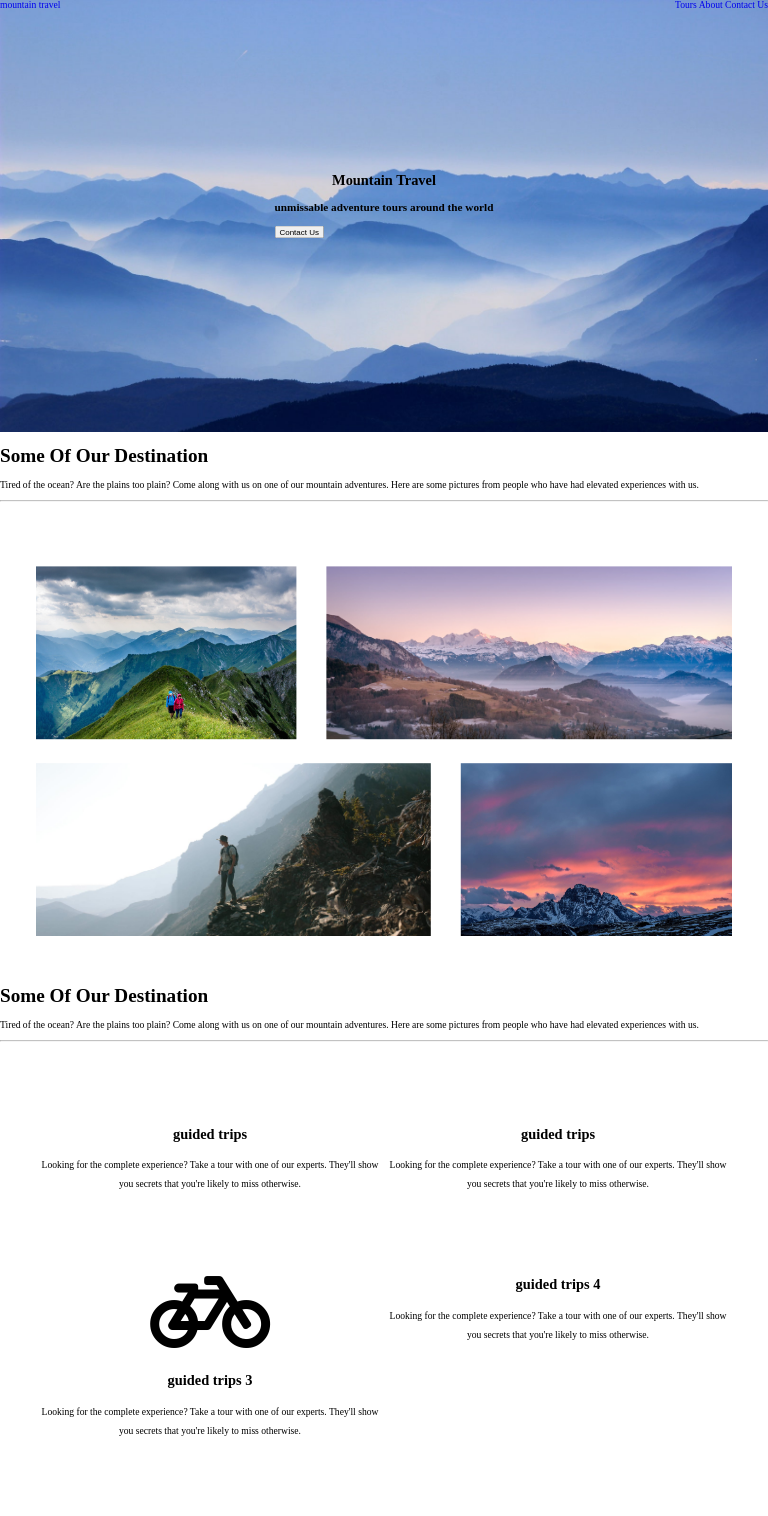
Repository: Einsteiniumeinsteinian/Advanced-CSS
Page: css-project-starter-code/index.html
These files come from the project's save history. The page is drawn as it stood at one moment and after a run of saves; the edit follows.
The browser window is 1280 px wide. The pictures show the whole page, at 60% of full size.
Some web libraries are served in a nearby version.

Above is the page before, as saved 2021-08-15 19:37:41.

### css-project-starter-code/index.html
<!DOCTYPE html>
<html>

<head>
  <meta charset="utf-8">
  <meta name="viewport" content="width=device-width, initial-scale=1">
  <title>Mountain Travel</title>
  <link rel="stylesheet" href="https://use.fontawesome.com/releases/v5.0.7/css/all.css">
  <link href="https://fonts.googleapis.com/css?family=Open+Sans" rel="stylesheet">
  <link href="https://fonts.googleapis.com/css?family=Quicksand" rel="stylesheet">
  <link rel="stylesheet" href="assets/css/styles.css">
</head>

<body>
  <!-- Forked from a template on Tutorialzine: https://tutorialzine.com/2016/06/freebie-landing-page-template-with-flexbox -->
  <header>
    <nav>
      <a href="#"> mountain travel</a>
      <span class="nav-span">
        <a href="#"> Tours</a>
        <a href="#"> About</a>
        <a href="#"> Contact Us</a>
      </span>
    </nav>
    <div class="top-container">
      <div class="header-text-wrapping">
        <h2>Mountain Travel</h2>
        <h3>unmissable adventure tours around the world</h3>
        <button>Contact Us</button>
      </div>

    </div>
  </header>
  <div>
    <h1>
      Some Of Our Destination
    </h1>
    <p>
      Tired of the ocean? Are the plains too plain? Come along with us on one of our mountain adventures. Here are some
      pictures from people who have had elevated experiences with us.
    </p>
    <hr>
  </div>

  <section class="photo-section">
    <div class="photo-set-div">
      <img class="img" src="assets/img/mountain1.jpg" alt="">
      <img class="img img-2" src="assets/img/mountain2.jpg" alt="">
    </div>
    <div class="photo-set-div">
      <img class="img img-3" src="assets/img/mountain3.jpg" alt="">
      <img class="img" src="assets/img/mountain4.jpg" alt="">
    </div>
  </section>

  <div>
    <h1>
      Some Of Our Destination
    </h1>
    <p>
      Tired of the ocean? Are the plains too plain? Come along with us on one of our mountain adventures. Here are some
      pictures from people who have had elevated experiences with us.
    </p>
    <hr>
  </div>
  <section class="package-section">
    <div class="package-set">
      <div class="package">
        <h1>
          guided trips
        </h1>
        <p>Looking for the complete experience? Take a tour with one of our experts. They'll show you secrets that you're likely to
        miss otherwise.</p>
      </div>
        <div class="package">
          <h1>
            guided trips
          </h1>
          <p>Looking for the complete experience? Take a tour with one of our experts. They'll show you secrets that you're
            likely to
            miss otherwise.</p>
        </div>
    </div>
      <div class="package-set">
        <div class="package">
          <i class="fas fa-bicycle"></i>
          <h1>
            guided trips 3
          </h1>
          <p>Looking for the complete experience? Take a tour with one of our experts. They'll show you secrets that you're
            likely to
            miss otherwise.</p>
        </div>
          <div class="package">
            <h1>
              guided trips 4
            </h1>
            <p>Looking for the complete experience? Take a tour with one of our experts. They'll show you secrets that you're
              likely to
              miss otherwise.</p>
          </div>
      </div>
  </section>
</body>

</html>

### css-project-starter-code/assets/css/styles.css
body{
    margin: 0;
    /* font-family: ; */
}
header{
  /* display: flex; */
  background-image: url('../img/main.jpg');
  background-repeat: no-repeat;
background-size: cover;
    min-height: 100vh;
}
nav{
    display: flex;
    justify-content: space-between;
    min-height: 30vh;
}
.top-container{
    margin-top: 10vh;
    display: flex;
    flex-direction: column;
    justify-content: center;
    align-items: center;
}
h2{
    margin-top: 0;
   text-align: center;
}
a{
    text-decoration: none;
}

/** Photo Section */
.photo-section{
    padding: 60px;
    display: flex;
    flex-direction: column;
}
.photo-set-div{
    margin-top: 40px;
    flex-grow: 1;
    display: flex;
    height: 40vh;
    flex-basis: 100px;
}

.img{
    min-width: 0;
flex-basis: 400px;
flex-grow: 1;
  object-fit: cover;
}
.img-2{
    margin-left: 50px;
    flex-grow: 8;
}
.img-3{
    margin-right: 50px;
    flex-grow: 5;
}

/** Packages */
.package-section{
    padding: 60px;
}
.package-set{
    display: flex;
}
.package{
    text-align: center;
    line-height: 2em;
    margin-top: 50px;
    margin-bottom: 50px;
}
i{
    font-size: 10em;
}

After the next 2 saves:
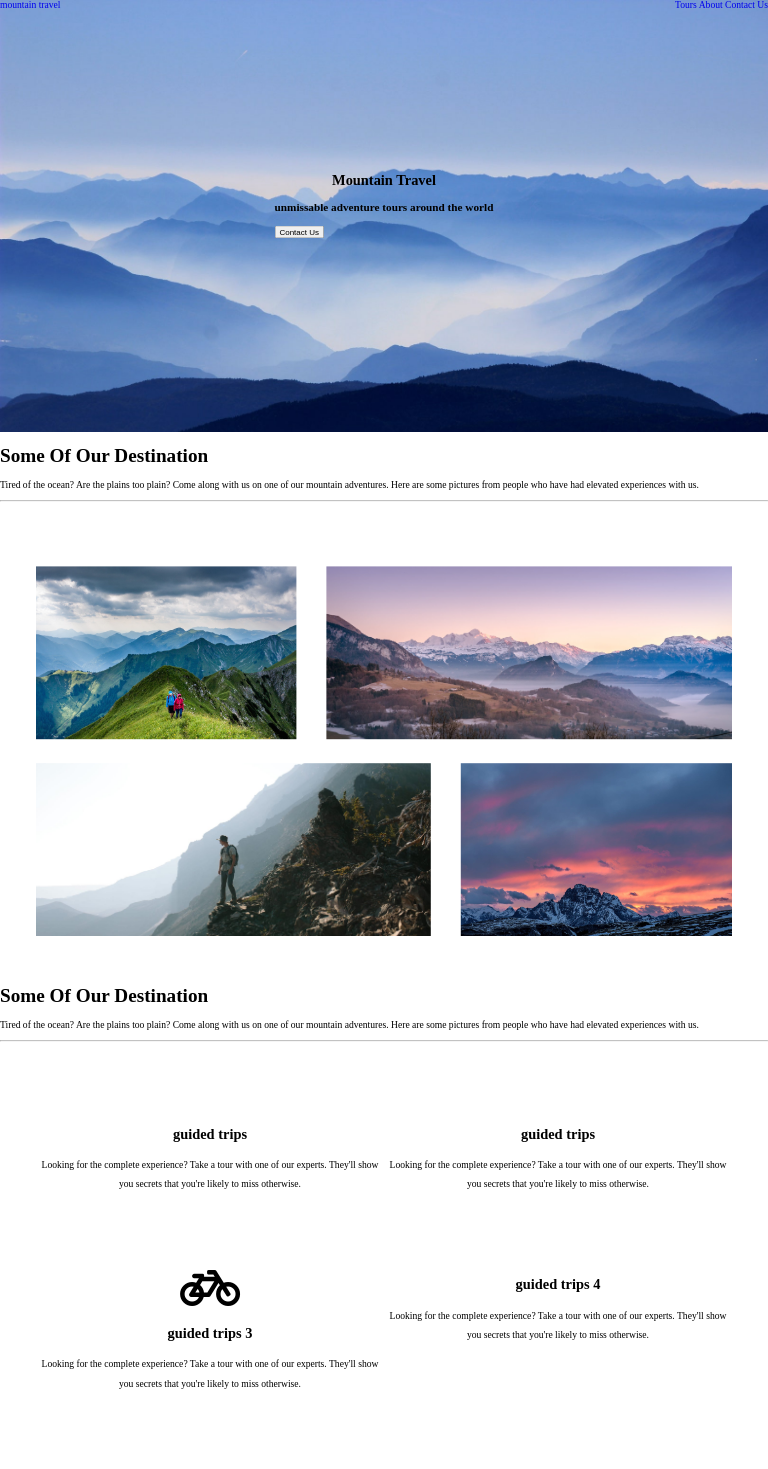
The 2 saves are shown as one change because they came seconds apart.
The last was saved 8 s later.
--- a/css-project-starter-code/assets/css/styles.css
+++ b/css-project-starter-code/assets/css/styles.css
@@ -72,5 +72,5 @@ flex-grow: 1;
     margin-bottom: 50px;
 }
 i{
-    font-size: 10em;
+    font-size: 5em;
 }
